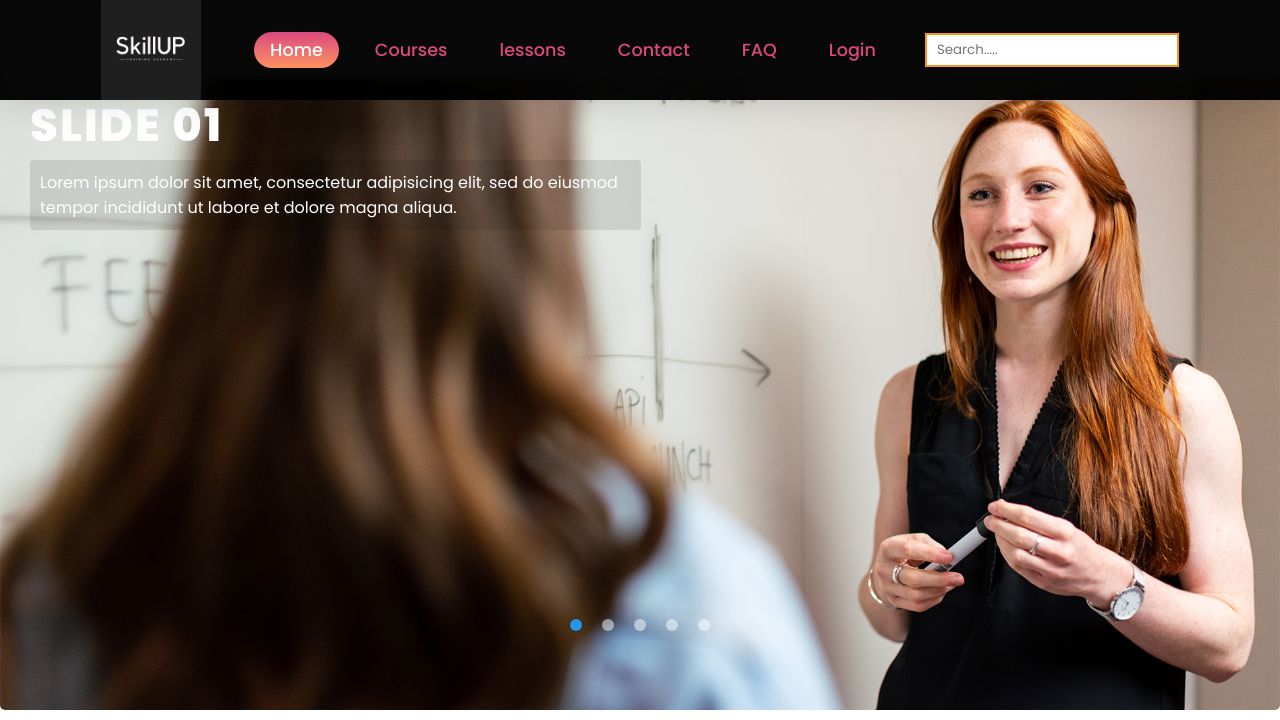
Repository: 2tzz/SkillUp-Academy
Page: home.html
These files come from the project's save history. The page is drawn as it stood at one moment and after the next save; the edit follows.
The browser window is 1280 px wide. The pictures show the whole page.
The pointer rests on the first visible `header navbar a`.
Some web fonts or font styles are not loaded; a fallback is used.

Above is the page before, as saved 2022-10-22 16:06:41.

### home.html
<!DOCTYPE html>
<html lang="en" dir="ltr">
  <head>
    <meta charset="utf-8">
    <title>Website Landing Page | With Loading Effects and Scrolling Effects</title>
    <link rel="stylesheet" href="/CSS/home.css">
  </head>
  <body>

    <header>
      <a href="#" class="logo" >
        <img src="Img/SkillUP dark.png" width="100px" height="100px" alt="Academy logo"/>
      </a>
      <navbar>
        <a href="#" class="active">Home</a>
        <a href="CourseHome.html">Courses</a>
        <a href="Lessons.html">lessons</a>
        <a href="Contact.html">Contact</a>
        <a href="FAQ.html">FAQ</a>
        <a href="login.html">Login</a>
      </navbar>
      <search_bar>
            <form class="search">
                <input type="text" placeholder="Search....." class="input">
            <button type="submit" class="button">
                <i class="ri-search-2-line"></i>
            </button>
        </form>
      </search_bar>
    </header>

    <div class="img-slider">
        <div class="slide active">
          <img src="/Img/CarousalImages/Caro1.jpg" alt="">
          <div class="info">
            <h2>Slide 01</h2>
            <p>Lorem ipsum dolor sit amet, consectetur adipisicing elit, sed do eiusmod tempor incididunt ut labore et dolore magna aliqua.</p>
          </div>
        </div>
        <div class="slide">
          <img src="/Img/CarousalImages/Caro2.jpg" alt="">
          <div class="info">
            <h2>Slide 02</h2>
            <p>Lorem ipsum dolor sit amet, consectetur adipisicing elit, sed do eiusmod tempor incididunt ut labore et dolore magna aliqua.</p>
          </div>
        </div>
        <div class="slide">
          <img src="/Img/CarousalImages/Caro3.jpg" alt="">
          <div class="info">
            <h2>Slide 03</h2>
            <p>Lorem ipsum dolor sit amet, consectetur adipisicing elit, sed do eiusmod tempor incididunt ut labore et dolore magna aliqua.</p>
          </div>
        </div>
        <div class="slide">
          <img src="/Img/CarousalImages/Caro1.jpg" alt="">
          <div class="info">
            <h2>Slide 04</h2>
            <p>Lorem ipsum dolor sit amet, consectetur adipisicing elit, sed do eiusmod tempor incididunt ut labore et dolore magna aliqua.</p>
          </div>
        </div>
        <div class="slide">
          <img src="/Img/CarousalImages/Caro2.jpg" alt="">
          <div class="info">
            <h2>Slide 05</h2>
            <p>Lorem ipsum dolor sit amet, consectetur adipisicing elit, sed do eiusmod tempor incididunt ut labore et dolore magna aliqua.</p>
          </div>
        </div>
        <div class="navigation">
          <div class="btn active"></div>
          <div class="btn"></div>
          <div class="btn"></div>
          <div class="btn"></div>
          <div class="btn"></div>
        </div>
      </div>
    <script src="/JS/home.js"></script>
  </body>
</html>

### CSS/home.css
@import url('https://fonts.googleapis.com/css2?family=Poppins:wght@100;200;300;400;500;600;700;800;900&display=swap');
@import url('https://fonts.googleapis.com/css2?family=Kaushan+Script&display=swap');

*{
  margin: 0;
  padding: 0;
  box-sizing: border-box;
  font-family: "Poppins", sans-serif;
  scroll-behavior: smooth;
}

body{
    min-height: 100vh;
    overflow-x: hidden;
    display: flex;
    justify-content: center;
    align-items: center;

}

header{
  background: rgba(0, 0, 0, 0.97);
  box-shadow: 0 4px 30px rgba(0, 0, 0, 0.1);
  backdrop-filter: blur(5px);
  -webkit-backdrop-filter: blur(5px);
  border: 1px solid rgba(6, 2, 2, 0.3);
  z-index: 999;
  height: 100px;
  position: absolute;
  top: 0;
  left: 0;
  width: 100%;
  padding: 30px 100px;
  display: flex;
  justify-content: space-between;
  align-items: center;
}

header .logo{
  padding-top: 12px;
  float: left;
  font-size: 2em;
  text-transform: uppercase;
  font-weight: 800;
  text-decoration: none;
  background: linear-gradient(to right, #d7487e, #ea6360);
  -webkit-background-clip: text;
  -webkit-text-fill-color: transparent;
}

header navbar{
  display: flex;
  justify-content: center;
  align-items: center;
}

header navbar a{
  color: #d9497e;
  font-size: 1.1em;
  font-weight: 500;
  text-decoration: none;
  margin-left: 20px;
  padding: 5px 16px;
  border-radius: 20px;
  transition: 0.3s;
  transition-property: background, color;
}

header navbar a:hover{
  background: linear-gradient(to bottom, #d94a7f, #fe9261);
  color: #fff;
}

.home{
  position: relative;
  width: 100%;
  height: 100vh;
  padding: 100px;
  display: flex;
  justify-content: center;
  align-items: center;
  flex-direction: column;
}

.home:before{
  content: '';
  z-index: 10;
  position: absolute;
  width: 100%;
  height: 80px;
  background: linear-gradient(to top, #722d59, transparent);
  bottom: 0;
}


.home img{
  position: absolute;
  top: 0;
  left: 0;
  width: 100%;
  height: 100%;
  object-fit: cover;
  pointer-events: none;
}

/* Search box */
header search_bar{
    border:rgb(247, 151, 26) 2px solid;
    float: right;
    display: flex;
    justify-content: center;
    align-items: center;
}
.search{
    float: right;
    position: relative;
    height: 30px;
    width: 250px;
    background-color: rgb(255, 255, 255);
    backdrop-filter: blur(2rem);
    display: flex;
    justify-content: flex-end;
    border: #a11d1d;
}
.search::before{
    content: "";
    position: absolute;
    left: 0;
    bottom: 0;
    width: 100%;
    height: 2px;
    background: #c52520;
    transform: scaleX(0);
    transform-origin: center;
    transform-origin: left;
    transition: transform .25s ;
}
.search:focus-within::before{
    transform: scale(1);
}
.search input,
.search button{
    border: none;
    outline: none;
    background-color: transparent;
    color: #8e8e8e;
}
.input{
    width: 100%;
    padding: 10px;
}
.button{
    display: grid;
    place-items: center;
    width: 50px;
    font-size: 20px;
    cursor: pointer;
    transition: color .25s;
}
.button:hover{
    background: #0170f0;
  }


.logo, navbar,search_bar{
  transform: translateY(-70px);
  transition: 0.8s;
}

@import url('https://fonts.googleapis.com/css2?family=Poppins:wght@100;200;300;400;500;600;700;800;900&display=swap');

*{
  margin: 0;
  padding: 0;
  box-sizing: border-box;
  font-family: "Poppins", sans-serif;
}



.img-slider{
  position: relative;
  width: 1920px;
  height: 78.5vh;
  background: #1D212B;
}

.img-slider .slide{
  z-index: 1;
  position: absolute;
  width: 100%;
  clip-path: circle(0% at 0 50%);
}

.img-slider .slide.active{
  clip-path: circle(150% at 0 50%);
  transition: 2s;
  transition-property: clip-path;
}

.img-slider .slide img{
  z-index: 1;
  width: 100%;
  border-radius: 5px;
}

.img-slider .slide .info{
  position: absolute;
  top: 0;
  padding: 15px 30px;
}

.img-slider .slide .info h2{
  color: #fff;
  font-size: 45px;
  text-transform: uppercase;
  font-weight: 800;
  letter-spacing: 2px;
}

.img-slider .slide .info p{
  color: #fff;
  background: rgba(0, 0, 0, 0.1);
  font-size: 16px;
  width: 60%;
  padding: 10px;
  border-radius: 4px;
}

.img-slider .navigation{
  z-index: 2;
  position: absolute;
  display: flex;
  bottom: 2px;
  left: 50%;
  transform: translateX(-50%);
}

.img-slider .navigation .btn{
  background: rgba(255, 255, 255, 0.5);
  width: 12px;
  height: 12px;
  margin: 10px;
  border-radius: 50%;
  cursor: pointer;
}

.img-slider .navigation .btn.active{
  background: #2696E9;
  box-shadow: 0 0 2px rgba(0, 0, 0, 0.5);
}

@media (max-width: 820px){
  .img-slider{
    width: 600px;
    height: 375px;
  }

  .img-slider .slide .info{
    padding: 10px 25px;
  }

  .img-slider .slide .info h2{
    font-size: 35px;
  }

  .img-slider .slide .info p{
    width: 70%;
    font-size: 15px;
  }

  .img-slider .navigation{
    bottom: 25px;
  }

  .img-slider .navigation .btn{
    width: 10px;
    height: 10px;
    margin: 8px;
  }
}

@media (max-width: 620px){
  .img-slider{
    width: 400px;
    height: 250px;
  }

  .img-slider .slide .info{
    padding: 10px 20px;
  }

  .img-slider .slide .info h2{
    font-size: 30px;
  }

  .img-slider .slide .info p{
    width: 80%;
    font-size: 13px;
  }

  .img-slider .navigation{
    bottom: 5px;
  }

  .img-slider .navigation .btn{
    width: 8px;
    height: 8px;
    margin: 6px;
  }
}

@media (max-width: 420px){
  .img-slider{
    width: 320px;
    height: 200px;
  }

  .img-slider .slide .info{
    padding: 5px 10px;
  }

  .img-slider .slide .info h2{
    font-size: 25px;
  }

  .img-slider .slide .info p{
    width: 90%;
    font-size: 11px;
  }

  .img-slider .navigation{
    bottom: 10px;
  }
}

### JS/home.js

const logo = document.querySelector(".logo");
const navbar = document.querySelector("navbar");
const search_bar=document.querySelector("search_bar");

//reveal elements on page loading
window.addEventListener("load", () => {
  logo.style.transform = "translateY(0)";
  navbar.style.transform = "translateY(0)";
  search_bar.style.transform ="translateY(0)";
});

 //scrolling effects on website elements
 /*window.addEventListener("scroll", () => {
    const scrollVal = window.scrollY;
  });
*/
var slides = document.querySelectorAll('.slide');
    var btns = document.querySelectorAll('.btn');
    let currentSlide = 1;

    // Javascript for image slider manual navigation
    var manualNav = function(manual){
      slides.forEach((slide) => {
        slide.classList.remove('active');

        btns.forEach((btn) => {
          btn.classList.remove('active');
        });
      });

      slides[manual].classList.add('active');
      btns[manual].classList.add('active');
    }

    btns.forEach((btn, i) => {
      btn.addEventListener("click", () => {
        manualNav(i);
        currentSlide = i;
      });
    });

    // Javascript for image slider autoplay navigation
    var repeat = function(activeClass){
      let active = document.getElementsByClassName('active');
      let i = 1;

      var repeater = () => {
        setTimeout(function(){
          [...active].forEach((activeSlide) => {
            activeSlide.classList.remove('active');
          });

        slides[i].classList.add('active');
        btns[i].classList.add('active');
        i++;

        if(slides.length == i){
          i = 0;
        }
        if(i >= slides.length){
          return;
        }
        repeater();
      }, 10000);
      }
      repeater();
    }
    repeat();

After the next save:
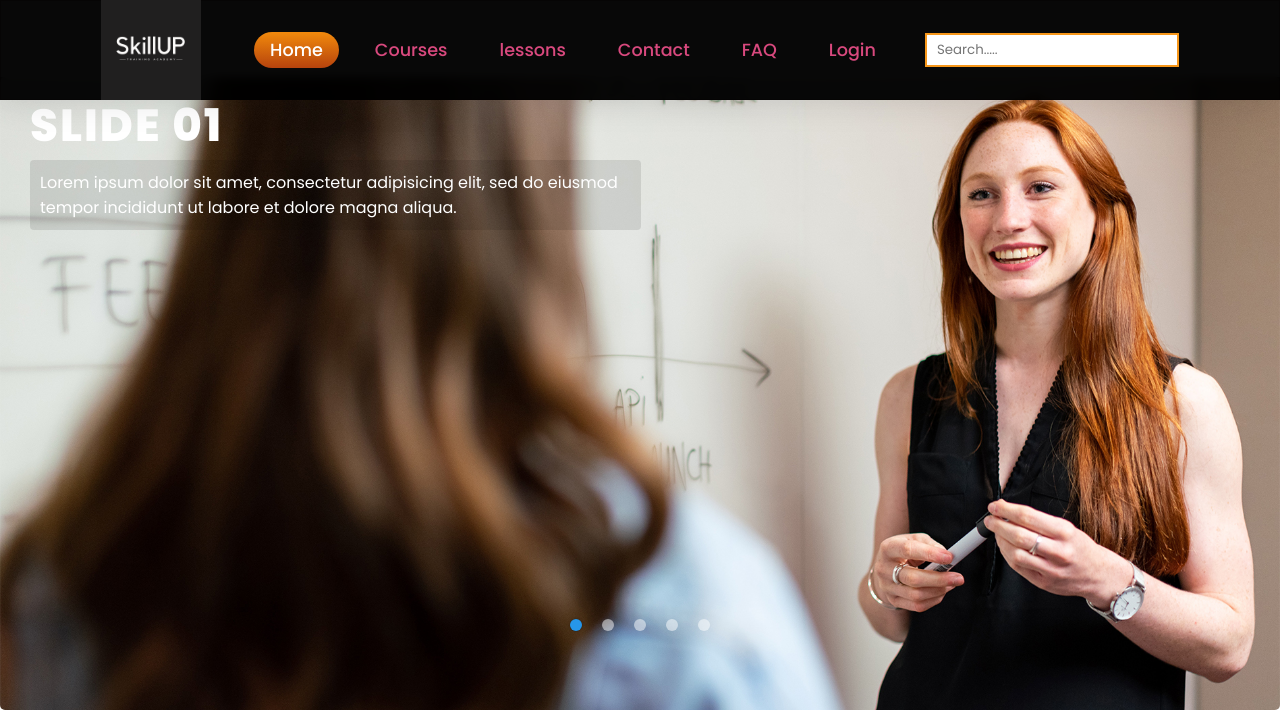
Saved 72 s later.
--- a/CSS/home.css
+++ b/CSS/home.css
@@ -67,7 +67,7 @@ header navbar a{
 }
 
 header navbar a:hover{
-  background: linear-gradient(to bottom, #d94a7f, #fe9261);
+  background: linear-gradient(to bottom, #f28a0c, #b6430d);
   color: #fff;
 }
 
